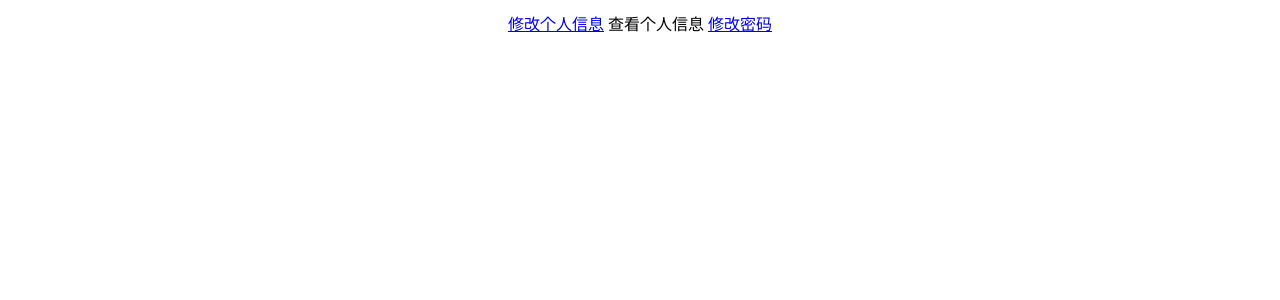
Repository: zy840055899/old-workspace
Page: http://localhost/PIMS/lookMessage/lookMessage.jsp
An editor plug-in stored every save of this project. The page is shown before and after the next save, followed by the edit.
The browser window is 1280 px wide. The pictures show the whole page.
The page is served by Tomcat 9.

Above is the page before, as saved 2014-03-11 12:58:53.

After the next save:
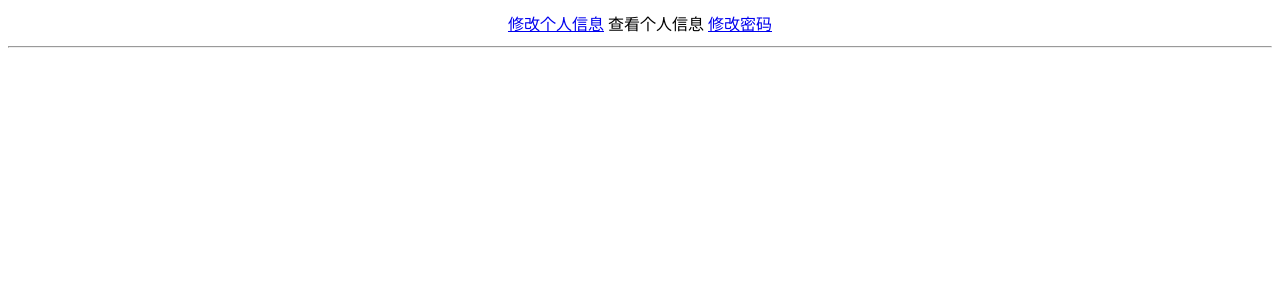
Saved 9 s later.
--- a/PIMS/WebContent/lookMessage/lookMessage.jsp
+++ b/PIMS/WebContent/lookMessage/lookMessage.jsp
@@ -18,7 +18,7 @@
 <td><a href="http://localhost:8080/PIMS/lookMessage/updatePassword.jsp">修改密码</a></td>
 </tr>
 
-</table>
+</table><hr>
 
 
 
